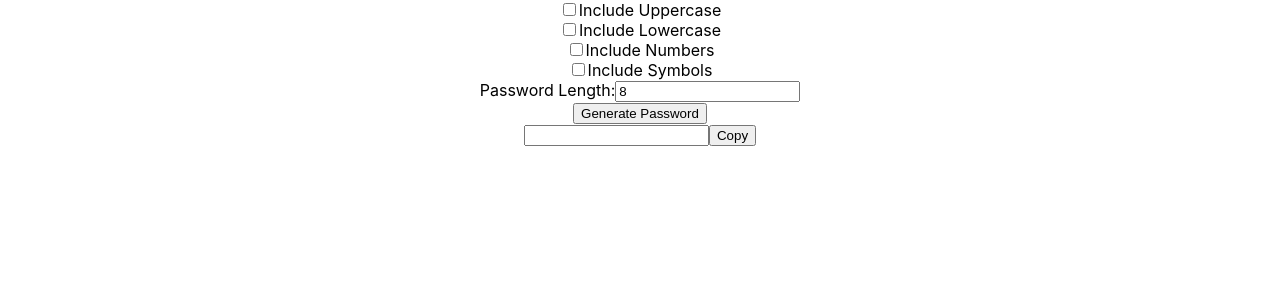
Repository: sriram1224/Password-generator
Page: / (app in password-generator/)
An editor plug-in stored every save of this project. The page is shown before and after the next save, followed by the edit.
The browser window is 1280 px wide. The pictures show the whole page.
The project was rebuilt for these pictures with package versions that can differ from the ones it lists, and the page was loaded fresh each time.

Above is the page before, as saved 2024-03-10 21:08:39.

After the next save:
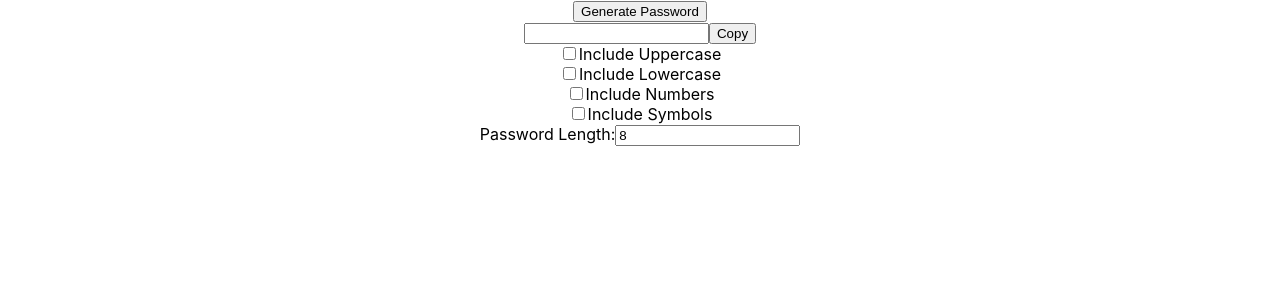
Saved 2 min 11 s later.
--- a/password-generator/src/Components/content.js
+++ b/password-generator/src/Components/content.js
@@ -34,7 +34,13 @@ const PasswordGenerator = () => {
 
   return (
     <div>
+
+      <button onClick={generatePassword}>Generate Password</button>
       <div>
+        <input type="text" readOnly value={password} />
+        <button onClick={copyToClipboard}>Copy</button>
+          </div>
+               <div>
         <label>
           <input type="checkbox" checked={includeUppercase} onChange={() => setIncludeUppercase(!includeUppercase)} />
           Include Uppercase
@@ -64,11 +70,6 @@ const PasswordGenerator = () => {
           <input type="number" value={passwordLength} onChange={(e) => setPasswordLength(parseInt(e.target.value))} />
         </label>
       </div>
-      <button onClick={generatePassword}>Generate Password</button>
-      <div>
-        <input type="text" readOnly value={password} />
-        <button onClick={copyToClipboard}>Copy</button>
-      </div>
     </div>
   );
 };
